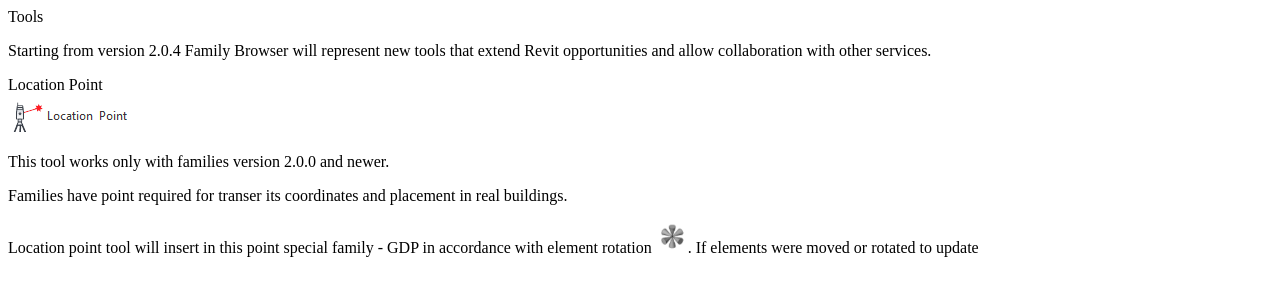
Repository: RomanLavrov/FamilyBrowserUserGuide
Page: http://localhost/FamilyBrowser/application/views/en/tools_view.php
An editor plug-in stored every save of this project. The page is shown before and after the next save, followed by the edit.
The browser window is 1280 px wide. The pictures show the whole page.
The page is run by PHP 8.4 with error messages shown; the project is at /var/www/html/.

Above is the page before, as saved 2019-10-24 11:58:14.

### FamilyBrowser/application/views/en/tools_view.php
<div class="article-header">Tools</div>
<div class="article-content">
      <p>
            Starting from version 2.0.4 Family Browser will represent new tools that extend Revit opportunities and
            allow collaboration with other services. </p>
</div>

<div class="article-header">Location Point</div>
<div class="article-content">
<img  src="/FamilyBrowser/images/LocationPointButton_en.png" alt="">
      <p>This tool works only with families version 2.0.0 and newer.</p>
      <p>Families have point required for transer its coordinates and placement in real buildings.</p>
      <p>Location point tool will insert in this point special family - GDP in accordance with element rotation
            <img style = "height:32px"src="/FamilyBrowser/images/GDP.png" alt="">. If elements were moved or rotated to update
</p>
</div>

After the next save:
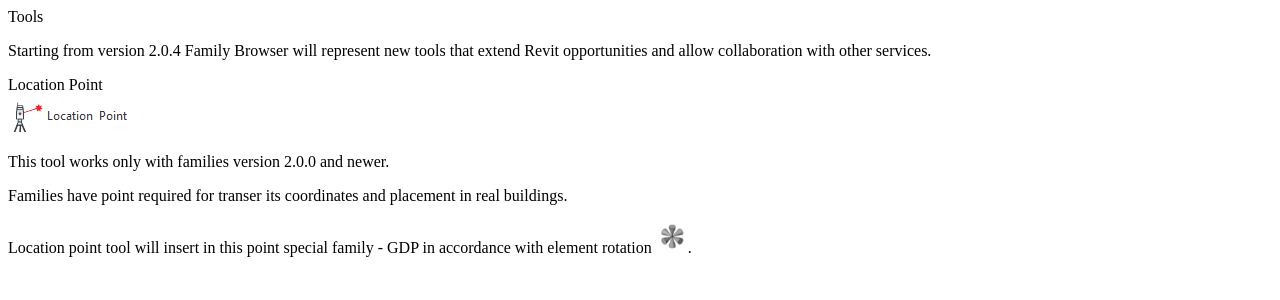
Saved 6 s later.
--- a/FamilyBrowser/application/views/en/tools_view.php
+++ b/FamilyBrowser/application/views/en/tools_view.php
@@ -11,6 +11,6 @@
       <p>This tool works only with families version 2.0.0 and newer.</p>
       <p>Families have point required for transer its coordinates and placement in real buildings.</p>
       <p>Location point tool will insert in this point special family - GDP in accordance with element rotation
-            <img style = "height:32px"src="/FamilyBrowser/images/GDP.png" alt="">. If elements were moved or rotated to update
+            <img style = "height:32px"src="/FamilyBrowser/images/GDP.png" alt="">.
 </p>
 </div>
